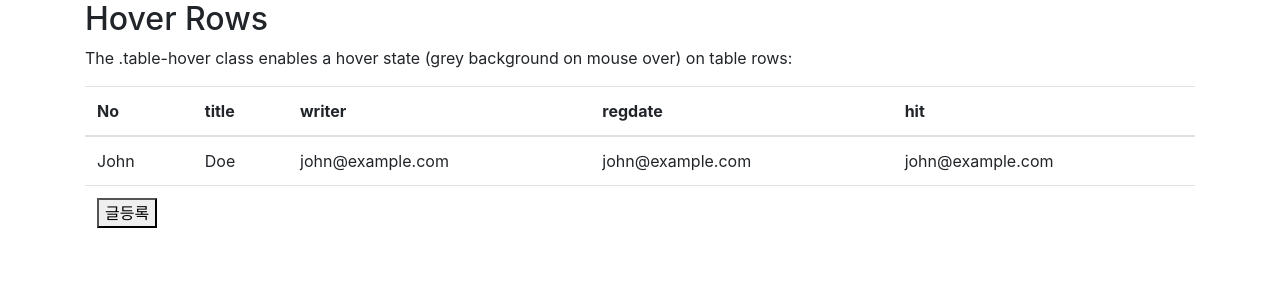
Repository: mijeon/egove_workspace
Page: http://localhost/commentBoard/board/list.jsp
An editor plug-in stored every save of this project. The page is shown before and after the next save, followed by the edit.
The browser window is 1280 px wide. The pictures show the whole page.
The page is served by Tomcat 9. Other server files are loaded and not shown.

Above is the page before, as saved 2023-06-17 07:55:21.

### commentBoard/WebContent/board/list.jsp
<%@ page contentType="text/html; charset=UTF-8"%>
<!DOCTYPE html>
<html lang="en">
<head>
<title>Bootstrap Example</title>
<meta charset="utf-8">
<meta name="viewport" content="width=device-width, initial-scale=1">
<link rel="stylesheet" href="https://cdn.jsdelivr.net/npm/bootstrap@4.6.2/dist/css/bootstrap.min.css" integrity="sha384-xOolHFLEh07PJGoPkLv1IbcEPTNtaed2xpHsD9ESMhqIYd0nLMwNLD69Npy4HI+N" crossorigin="anonymous">
</head>
<body>

	<div class="container">
		<h2>Hover Rows</h2>
		<p>The .table-hover class enables a hover state (grey background
			on mouse over) on table rows:</p>
		<table class="table table-hover">
			<thead>
				<tr>
					<th>No</th>
					<th>title</th>
					<th>writer</th>
					<th>regdate</th>
					<th>hit</th>
				</tr>
			</thead>
			<tbody>

				<tr>
					<td>John</td>
					<td>Doe</td>
					<td>john@example.com</td>
					<td>john@example.com</td>
					<td>john@example.com</td>
				</tr>

				<tr>
					<td colspan="5">
					<button class="bt-primary">글등록</button>
					</td>
				</tr>

			</tbody>
		</table>
	</div>

</body>
</html>

After the next save:
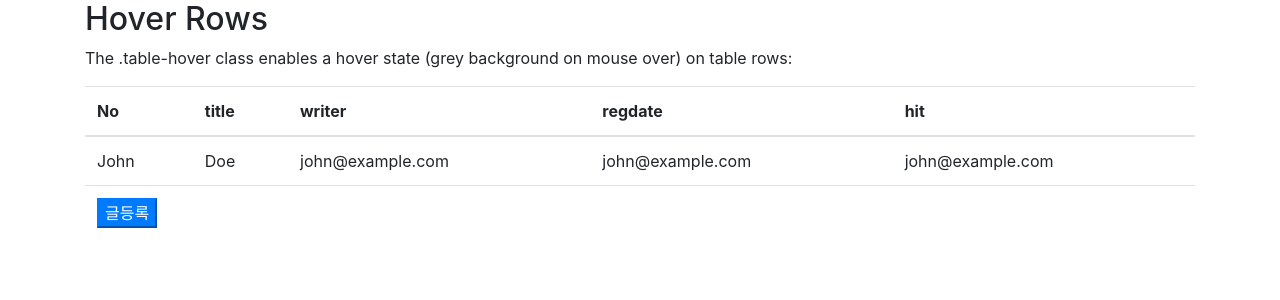
Saved 33 s later.
--- a/commentBoard/WebContent/board/list.jsp
+++ b/commentBoard/WebContent/board/list.jsp
@@ -5,7 +5,10 @@
 <title>Bootstrap Example</title>
 <meta charset="utf-8">
 <meta name="viewport" content="width=device-width, initial-scale=1">
-<link rel="stylesheet" href="https://cdn.jsdelivr.net/npm/bootstrap@4.6.2/dist/css/bootstrap.min.css" integrity="sha384-xOolHFLEh07PJGoPkLv1IbcEPTNtaed2xpHsD9ESMhqIYd0nLMwNLD69Npy4HI+N" crossorigin="anonymous">
+<link rel="stylesheet" href="https://cdn.jsdelivr.net/npm/bootstrap@4.6.2/dist/css/bootstrap.min.css">
+<script src="https://cdn.jsdelivr.net/npm/jquery@3.6.4/dist/jquery.slim.min.js"></script>
+<script src="https://cdn.jsdelivr.net/npm/popper.js@1.16.1/dist/umd/popper.min.js"></script>
+<script src="https://cdn.jsdelivr.net/npm/bootstrap@4.6.2/dist/js/bootstrap.bundle.min.js"></script>
 </head>
 <body>
 
@@ -35,7 +38,7 @@
 
 				<tr>
 					<td colspan="5">
-					<button class="bt-primary">글등록</button>
+					<button class="btn-primary">글등록</button>
 					</td>
 				</tr>
 

After the save that followed:
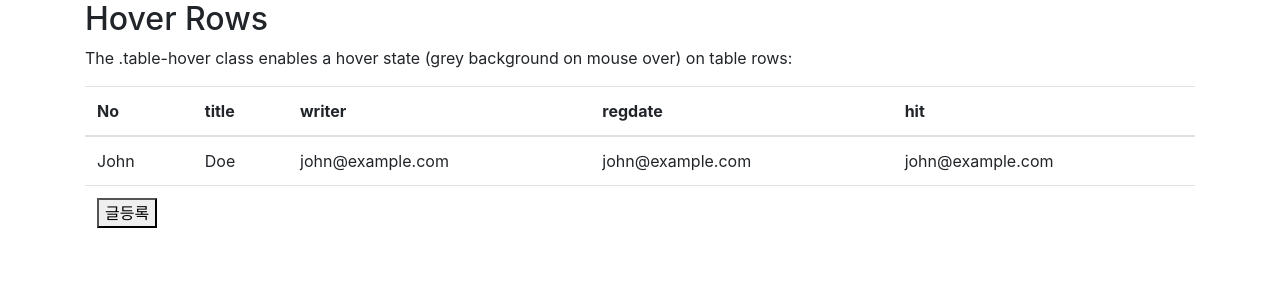
Saved 20 s later.
--- a/commentBoard/WebContent/board/list.jsp
+++ b/commentBoard/WebContent/board/list.jsp
@@ -38,7 +38,7 @@
 
 				<tr>
 					<td colspan="5">
-					<button class="btn-primary">글등록</button>
+					<button class="btn-btn-primary">글등록</button>
 					</td>
 				</tr>
 
